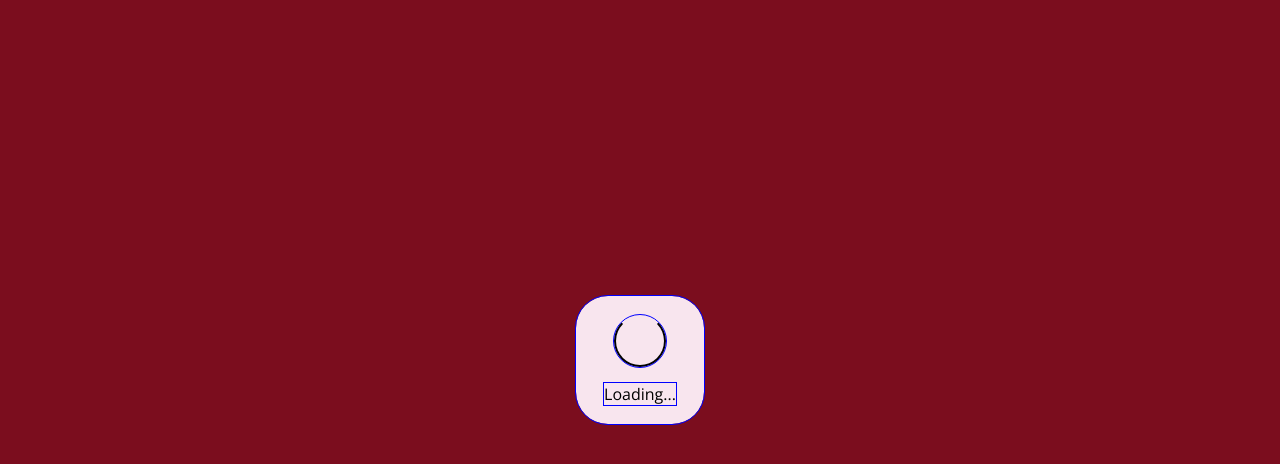
Repository: EguJaredoBoyd/Jared-Quote-Generator
Page: index.html
These files come from the project's save history. The page is drawn as it stood at one moment and after the next save; the edit follows.
The browser window is 1280 px wide. The pictures show the whole page.
Some web libraries are served in a nearby version.

Above is the page before, as saved 2026-01-13 00:22:29.

After the next save:
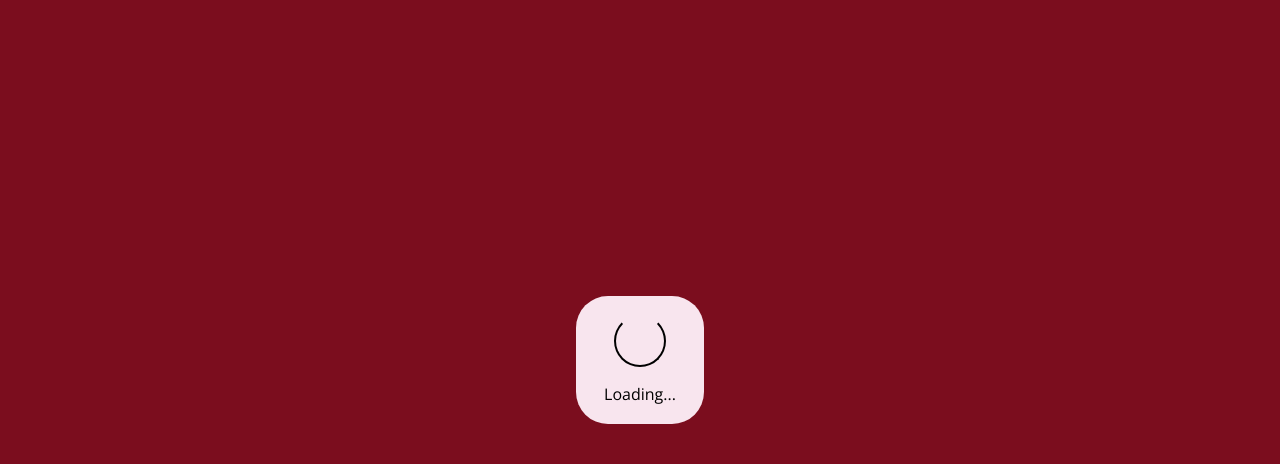
Saved 11 s later.
--- a/css/style.css
+++ b/css/style.css
@@ -3,7 +3,7 @@
   padding: 0;
   box-sizing: border-box;
 
-  outline: 1px solid blue;
+  /* outline: 1px solid blue; */
 }
 
 :root {
